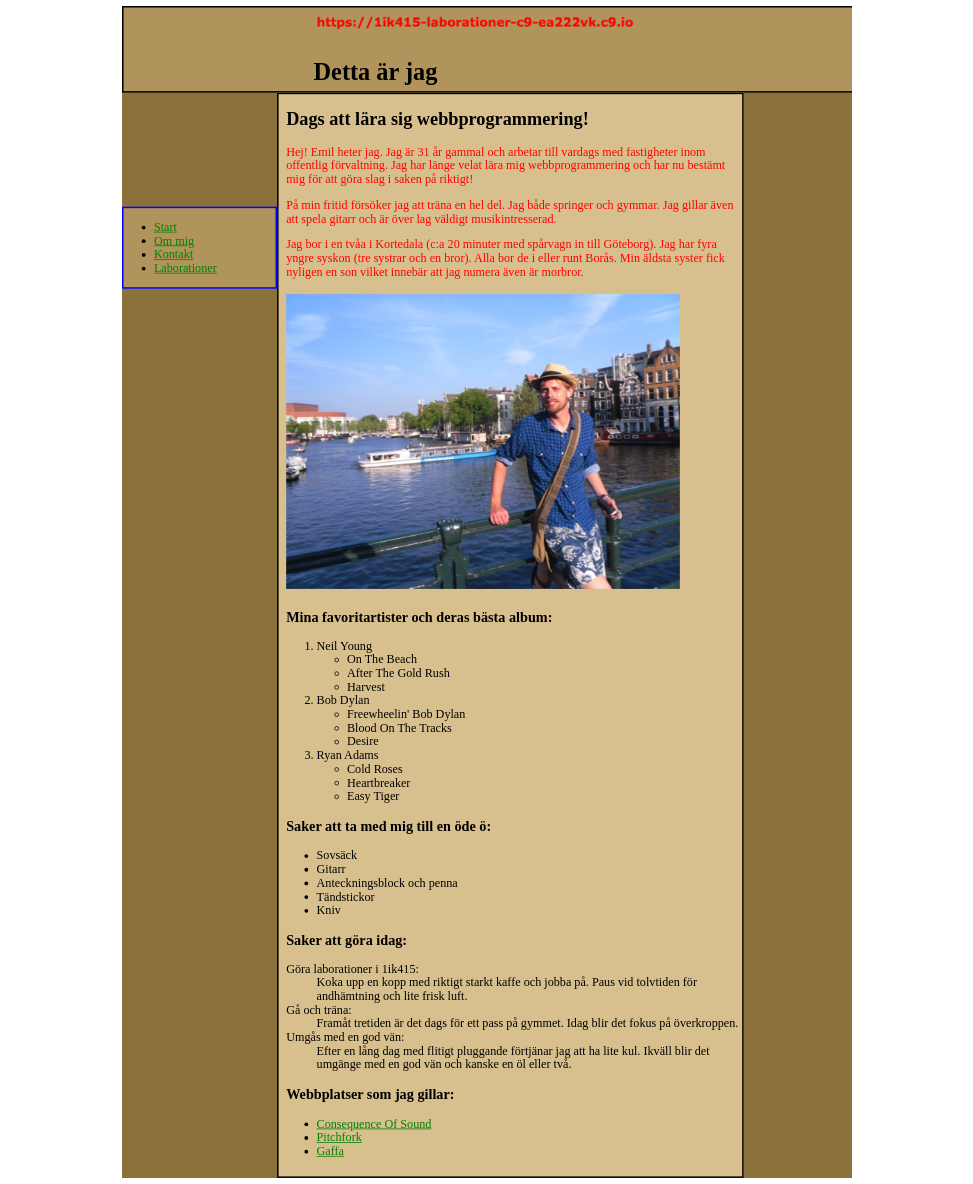
Repository: ea222vk/1ik415-laborationer
Page: Pages/presentation.html
The author's editor kept a record of every edit. The page is drawn from the files as they stood at one moment, then again after the next edit.
The browser window is 1280 px wide. The pictures show the whole page, at 76% of full size.

Above is the page before.

After the next edit:
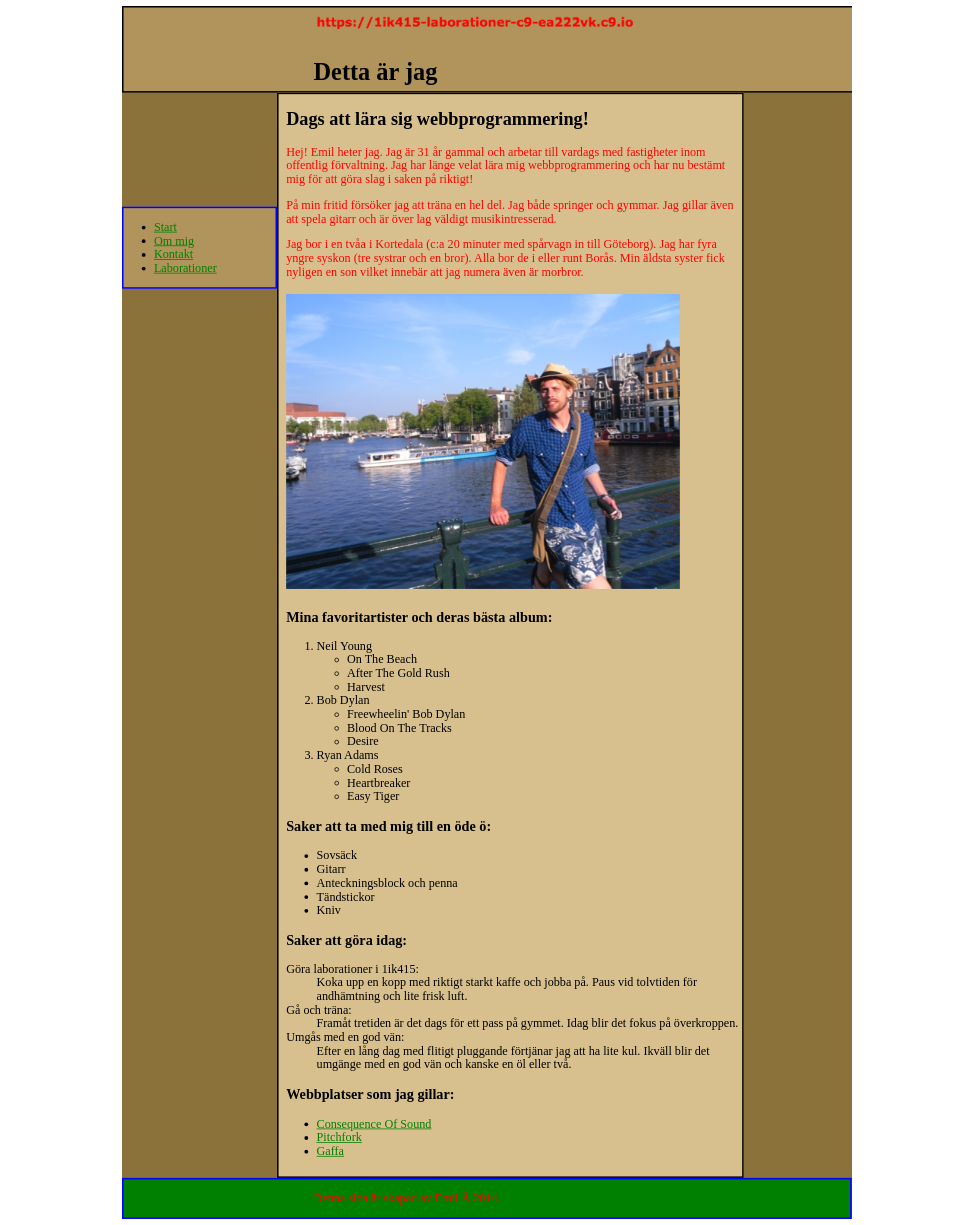
The edit:
--- a/Pages/presentation.html
+++ b/Pages/presentation.html
@@ -96,6 +96,12 @@
             </ul>
 
             </div>
+            <div id="footer">
+          <p>Denna sida är skapad av Emil Å 2014.
+
+          </p>
+
+      </div>
         </div>
     </body>
 
